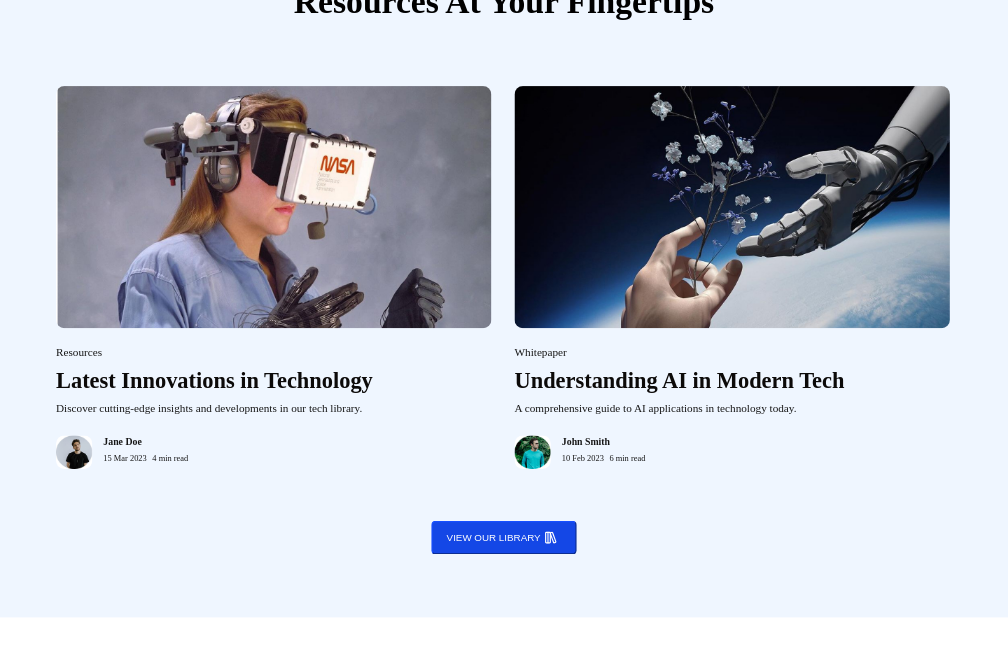
Repository: neelpatel6262/electrifylabs_homepage
Page: /
These files come from the project's save history. The page is drawn as it stood at one moment and after the next save; the edit follows.
The browser window is 1280 px wide. The page is 1440 px wide, so the pictures cover 1440 px, including what lies to the right of the window. The pictures show the part of the page from y = 4780 to 6500 px (the page is 5716 px tall before and 7067 px after), at 70% of full size.
The project was rebuilt for these pictures with package versions that can differ from the ones it lists, and the page was loaded fresh each time. Also part of the build but not shown: vite.config.js.

Above is the page before, as saved 2026-02-21 16:38:22.

### index.html
<!doctype html>
<html lang="en">
  <head>
    <meta charset="UTF-8" />
    <link rel="icon" type="image/svg+xml" href="/src/assets/LOGO.svg" />
    <meta name="viewport" content="width=device-width, initial-scale=1.0" />
    <title>ElectrifyLabs Homepage</title>
  </head>
  <body>
    <div id="root"></div>
    <script type="module" src="/src/main.jsx"></script>
  </body>
</html>

### src/main.jsx
import { StrictMode } from 'react'
import { createRoot } from 'react-dom/client'
import './index.css'
import Navbar from './components/Navbar.jsx'
import HeroSection from './components/HeroSection.jsx'
import AboutSection from './components/AboutSection.jsx'
import ServiceSection from './components/ServiceSection.jsx'
import ServiceCard from './components/ServiceCard.jsx'
import ProductSection from './components/ProductSection.jsx'
import LibrarySection from './components/LibrarySection.jsx'




createRoot(document.getElementById('root')).render(
  <>
    <Navbar />
    <HeroSection />
    <AboutSection />
    <ServiceSection />
    <ServiceCard />
    <ProductSection />
    <LibrarySection />

  </>
)

### src/components/Navbar.jsx
import { ArrowUpRight } from 'lucide-react';
import Logo from '../assets/LOGO.svg';

const navLinks = [
  { id: 1, label: 'about', href: '#' },
  { id: 2, label: 'service', href: '#' },
  { id: 3, label: 'product', href: '#' },
  { id: 4, label: 'library', href: '#' },
  { id: 5, label: 'blogs', href: '#' },
];

function Navbar() {
  return (
    <div className="navbar-section">
      <div className="navbar-container">

        {/* Logo */}
        <div className="logo">
          <img src={Logo} alt="logo" />
        </div>

        {/* Nav Links */}
        <div className="nav-links">
          {navLinks.map((link) => (
            <a key={link.id} href={link.href}>
              {link.label}
            </a>
          ))}
        </div>

        {/* Button */}
        <button className="navbar-btn">
          <div className="navbar-btn-conatiner">
            contact us
            <ArrowUpRight size={20} />
          </div>
        </button>

      </div>
    </div>
  );
}

export default Navbar;

### src/components/HeroSection.jsx
import { ArrowUpRight, Zap, Star as StarIcon } from 'lucide-react';
import Frame from '../assets/frame.svg';
import HeroImg from '../assets/heo-img.svg';
import Star from '../assets/star.svg';



// Star rating array — 5 stars
const stars = [1, 2, 3, 4, 5];

function HeroSection() {
  return (
    <div className="hero-section">

      {/* Left Content */}
      <div className="hero-left-content">
        <div className="heading-section">

          {/* CRM / Rating Row */}
          <div className="crm-section">
            <div className="frame">
              <img src={Frame} alt="frame" />
            </div>
            <div className="rating-section">
              <div className="rating-section-container">
                <div className="rating">
                  {stars.map((star) => (
                    <img key={star} src={Star} alt="star" />
                  ))}
                </div>
                <div className="rating-heading">
                  rated 5.0 by 40+ happy customers!
                </div>
              </div>
            </div>
          </div>

          {/* Hero Heading */}
          <div className="hero-heading">
            <span className="hero-highlights">electrifylabs</span> is powering the future of innovation
          </div>

        </div>

        {/* Subheading + Buttons */}
        <div className="hero-subheading">
          <div className="subheading">
            At ElectrifyLabs, we are dedicated to transforming ideas into cutting-edge technology solutions.
            Join us on a journey to innovate and electrify the future.
          </div>

          <div className="hero-cta-actions">
            {/* Primary Button */}
            <button className="hero-btn">
              <div className="hero-btn-container">
                contact us
                <ArrowUpRight size={20} />
              </div>
            </button>

            {/* Secondary Button */}
            <button className="hero-secondary-btn">
              <div className="hero-secondary-btn-container">
                view all products
                <Zap size={20} />
              </div>
            </button>
          </div>
        </div>
      </div>

      {/* Right Content - Hero Image */}
      <div className="right-content">
        <img src={HeroImg} alt="hero" />
      </div>

    </div>
  );
}

export default HeroSection;

### src/components/AboutSection.jsx
import { ArrowUpRight } from 'lucide-react';
import Placeholder from '../assets/Placeholder.jpg';

function AboutSection() {
  return (
    <div className="about-section">
      <div className="about-container">

        {/* Who We Are - Top Text */}
        <div className="who-we-are-section">
          <div className="about-heading">Who We Are</div>
          <div className="sub-heading">
            At ElectrifyLabs, we are committed to driving innovation through cutting-edge technology.
            Our mission is to deliver smart, electrifying solutions that enhance performance and
            reliability across various industries.
          </div>
        </div>

        {/* Content Section - Image + Stats */}
        <div className="about-content-section">

          {/* Left - Placeholder Image */}
          <div className="placeholder">
            <img src={Placeholder} alt="about us" />
          </div>

          {/* Right - Stats + CTA */}
          <div className="about-right-content">

            {/* Stat One */}
            <div className="content-one">
              <h1>75+</h1>
              <h4>Global Branches Established</h4>
              <p>Expanding our reach worldwide.</p>
            </div>

            {/* Stat Two + Read More */}
            <div className="content-two">
              <div className="content-two-info">
                <h1>15+</h1>
                <h4>Industry Awards Won</h4>
                <p>Recognized for excellence in manufacturing and automation.</p>
              </div>

              {/* Read More CTA */}
              <div className="content-cta-section">
                <div className="content-cta-section-container">
                  <h1>read more</h1>
                  <ArrowUpRight size={32} />
                </div>
                <hr className="about-cta" />
              </div>

            </div>
          </div>
        </div>

      </div>
    </div>
  );
}

export default AboutSection;

### src/components/ServiceSection.jsx
import { Zap, Plug, Cable, ArrowUpRight } from 'lucide-react';
import ServiceCard from './ServiceCard';

const cards = [
  {
    id: 1,
    icon: <Zap size={24} color="white" />,
    heading: "Explore Our Comprehensive Range of Services",
    subheading: "At ElectrifyLabs, we provide cutting-edge technology solutions to drive your success.",
    cardClass: "service-card-one",
    headingClass: "service-card-heading",
    subheadingClass: "service-card-subheading",
  },
  {
    id: 2,
    icon: <Plug size={24} color="white" />,
    heading: "Product Engineering: Transforming Ideas into Reality",
    subheading: "Our team specializes in developing innovative products tailored to your specifications.",
    cardClass: "service-card-two",
    headingClass: "service-card-two-heading",
    subheadingClass: "service-card-two-subheading",
  },
  {
    id: 3,
    icon: <Cable size={24} color="white" />,
    heading: "R&D Innovation: Pioneering Tomorrow's Technologies Today",
    subheading: "We invest in research and development to create groundbreaking tech solutions.",
    cardClass: "service-card-three",
    headingClass: "service-card-three-heading",
    subheadingClass: "service-card-three-subheading",
  },
];

function ServiceSection() {
  return (
    <div className="service-section">
      <div className="service-container">

        {/* Intro */}
        <div className="service-intro-section">
          <div className="service-body-heading">our services</div>
          <div className="service-heading">
            What We Offer: Innovative Solutions Tailored to Your Needs
          </div>
        </div>

        {/* Cards */}
        <div className="services-cards-section">
          {cards.map((card) => (
            <ServiceCard
              key={card.id}
              icon={card.icon}
              heading={card.heading}
              subheading={card.subheading}
              cardClass={card.cardClass}
              headingClass={card.headingClass}
              subheadingClass={card.subheadingClass}
            />
          ))}
        </div>

        {/* Button */}
        <button className="service-btn">
          <div className="service-btn-container">
            view all services
            <ArrowUpRight size={20} />
          </div>
        </button>

      </div>
    </div>
  );
}

export default ServiceSection;

### src/components/ServiceCard.jsx


function ServiceCard({ icon, heading, subheading, cardClass, headingClass, subheadingClass })

{
  return (
    <div className={cardClass}>
      <div className="service-icon">
        {icon}
      </div>
      <div className={headingClass}>
        {heading}
      </div>
      <div className={subheadingClass}>
        {subheading}
      </div>
    </div>
  );
}



export default ServiceCard;

### src/components/ProductSection.jsx
import { ArrowUpRight } from 'lucide-react';
import ProductOne from '../assets/product-one.jpg';
import ProductTwo from '../assets/product-two.jpg';
import ProductThree from '../assets/product-three.jpg';
import ProductFour from '../assets/product-four.jpg';
import ProductFive from '../assets/product-five.jpg';
import ProductSix from '../assets/product-six.jpg';

// Product data array
const topProducts = [
  { id: 1, image: ProductOne, name: 'Smart Device', price: '$99', bestSeller: false },
  { id: 2, image: ProductTwo, name: 'Tech Gadget', price: '$75', bestSeller: false },
  { id: 3, image: ProductThree, name: 'Innovative Tool', price: '$120', bestSeller: true },
];

const bottomProducts = [
  { id: 4, image: ProductFour, name: 'Gadget Pro', price: '$150', bestSeller: true },
  { id: 5, image: ProductFive, name: 'Smart Accessory', price: '$85', bestSeller: false },
  { id: 6, image: ProductSix, name: 'Advanced Device', price: '$110', bestSeller: true },
];

// ProductCard — reusable for every product
function ProductCard({ image, name, price, bestSeller }) {
  return (
    <div className="product-one">

      {/* Only show best-seller badge if bestSeller is true */}
      {bestSeller && (
        <div className="best-seller">best sale</div>
      )}

      <div className="product-placeholder">
        <img src={image} alt={name} />
      </div>

      <div className="product-info">
        <div className="product-content">
          <div className="product-name">{name}</div>
          <div className="product-price">{price}</div>
        </div>
      </div>

    </div>
  );
}

function ProductSection() {
  return (
    <div className="product-section">
      <div className="product-container">

        {/* Intro */}
        <div className="product-intro-section">
          <div className="product-body-heading">discover products</div>
          <div className="product-heading">
            Innovative solutions for your tech needs
          </div>
        </div>

        <div className="products-section">

          {/* Top Row */}
          <div className="top-section">
            {topProducts.map((product) => (
              <ProductCard
                key={product.id}
                image={product.image}
                name={product.name}
                price={product.price}
                bestSeller={product.bestSeller}
              />
            ))}
          </div>

          {/* Bottom Row */}
          <div className="lower-section">
            {bottomProducts.map((product) => (
              <ProductCard
                key={product.id}
                image={product.image}
                name={product.name}
                price={product.price}
                bestSeller={product.bestSeller}
              />
            ))}
          </div>

          {/* Button */}
          <div className="product-primary-btn-container">
            view all products
            <ArrowUpRight size={20} />
          </div>

        </div>
      </div>
    </div>
  );
}

export default ProductSection;

### src/components/LibrarySection.jsx
import { LibraryBig } from 'lucide-react';
import LibraryOne from '../assets/Library-One-Placeholder.jpg';
import LibraryTwo from '../assets/Library-Two-Placeholder.jpg';
import PersonOne from '../assets/person-one.jpg';
import PersonTwo from '../assets/peson-two.jpg';

// Cards data array
const libraryCards = [
  {
    id: 1,
    image: LibraryOne,
    category: 'Resources',
    heading: 'Latest Innovations in Technology',
    subheading: 'Discover cutting-edge insights and developments in our tech library.',
    personImage: PersonOne,
    personName: 'Jane Doe',
    date: '15 Mar 2023',
    readTime: '4 min read',
  },
  {
    id: 2,
    image: LibraryTwo,
    category: 'Whitepaper',
    heading: 'Understanding AI in Modern Tech',
    subheading: 'A comprehensive guide to AI applications in technology today.',
    personImage: PersonTwo,
    personName: 'John Smith',
    date: '10 Feb 2023',
    readTime: '6 min read',
  },
];

// LibraryCard — reusable card component
function LibraryCard({ image, category, heading, subheading, personImage, personName, date, readTime }) {
  return (
    <div className="card-one">

      {/* Card Main Image */}
      <img src={image} alt={heading} />

      {/* Card Text Content */}
      <div className="card-one-content">
        <p>{category}</p>
        <h2>{heading}</h2>
        <h4>{subheading}</h4>
      </div>

      {/* Author Details */}
      <div className="person-details">
        <img src={personImage} alt={personName} />
        <div className="person-info">
          <h4>{personName}</h4>
          <div className="person-library-content">
            <h4>{date}</h4>
            <h5>{readTime}</h5>
          </div>
        </div>
      </div>

    </div>
  );
}

function LibrarySection() {
  return (
    <div className="library-section">
      <div className="library-container">

        {/* Intro */}
        <div className="library-intro">
          <p>Our Library</p>
          <h1>Explore a wealth of tech resources at your fingertips</h1>
        </div>

        {/* Cards */}
        <div className="cards">
          {libraryCards.map((card) => (
            <LibraryCard
              key={card.id}
              image={card.image}
              category={card.category}
              heading={card.heading}
              subheading={card.subheading}
              personImage={card.personImage}
              personName={card.personName}
              date={card.date}
              readTime={card.readTime}
            />
          ))}
        </div>

        {/* Button */}
        <button className="library-primary-btn">
          <div className="library-primary-btn-container">
            view our library
            <LibraryBig size={20} />
          </div>
        </button>

      </div>
    </div>
  );
}

export default LibrarySection;

### src/components/BlogSection.jsx
import { ArrowUpRight } from 'lucide-react';
import BlogOne from '../assets/Blog-One-Placeholder.jpg';
import BlogTwo from '../assets/Blog-Two-Placeholder.jpg';
import BlogThree from '../assets/Blog-Three-Placeholder.jpg';

// Blog data array
const blogs = [
  {
    id: 1,
    image: BlogOne,
    heading: 'Quantum Annealing in Energy Grids: Beyond Theoretical Limits',
    description:
      'As we approach 2026, quantum computing transitions from laboratory curiosity to industrial-scale utility. Our team at ElectrifyLabs Berlin has achieved a breakthrough: 127-qubit processors now optimize municipal power grids in real-time, reducing waste by 37% compared to classical algorithms.',
    date: '3 July, 2025',
  },
  {
    id: 2,
    image: BlogTwo,
    heading: 'The Quantum Advantage Paradox',
    description:
      'By treating decoherence not as noise but as training data, our machine learning layer converts quantum instability into predictive power. This paradigm shift—documented in our recent IEEE paper—allows commercially available quantum processors to outperform supercomputers in specific load-balancing scenarios.',
    date: '22 Aug, 2025',
  },
  {
    id: 3,
    image: BlogThree,
    heading: 'Munich Case Study: From Theory to Grid Reality',
    description:
      'As we approach 2026, quantum computing transitions from laboratory curiosity to industrial-scale utility. Our team at ElectrifyLabs Berlin has achieved a breakthrough: 127-qubit processors now optimize municipal power grids in real-time, reducing waste by 37% compared to classical algorithms.',
    date: '3 July, 2025',
  },
];

// BlogCard — reusable blog card component
function BlogCard({ image, heading, description, date }) {
  return (
    <div className="blog-one">

      {/* Blog Image */}
      <img src={image} alt={heading} />

      {/* Blog Content */}
      <div className="blog-content">
        <div className="blog-heading">
          <h1>{heading}</h1>
          <p>{description}</p>
        </div>

        {/* Date + Read CTA */}
        <div className="blog-cta">
          <div className="blog-cta-content">
            <p>{date}</p>
            <h4>
              Read <ArrowUpRight size={20} />
            </h4>
          </div>
          <hr className="line" />
        </div>

      </div>
    </div>
  );
}

function BlogSection() {
  return (
    <div className="blog-section">
      <div className="blog-container">

        {/* Intro */}
        <div className="blog-intro-section">
          <p>blogs</p>
          <h1>Latest Insights and Innovations</h1>
        </div>

        {/* Blog Cards */}
        <div className="blogs-contents">
          {blogs.map((blog) => (
            <BlogCard key={blog.id} {...blog} />
          ))}
        </div>

      </div>
    </div>
  );
}

export default BlogSection;

Loaded but not shown: src/index.css (1021 lines, source omitted)

After the next save:
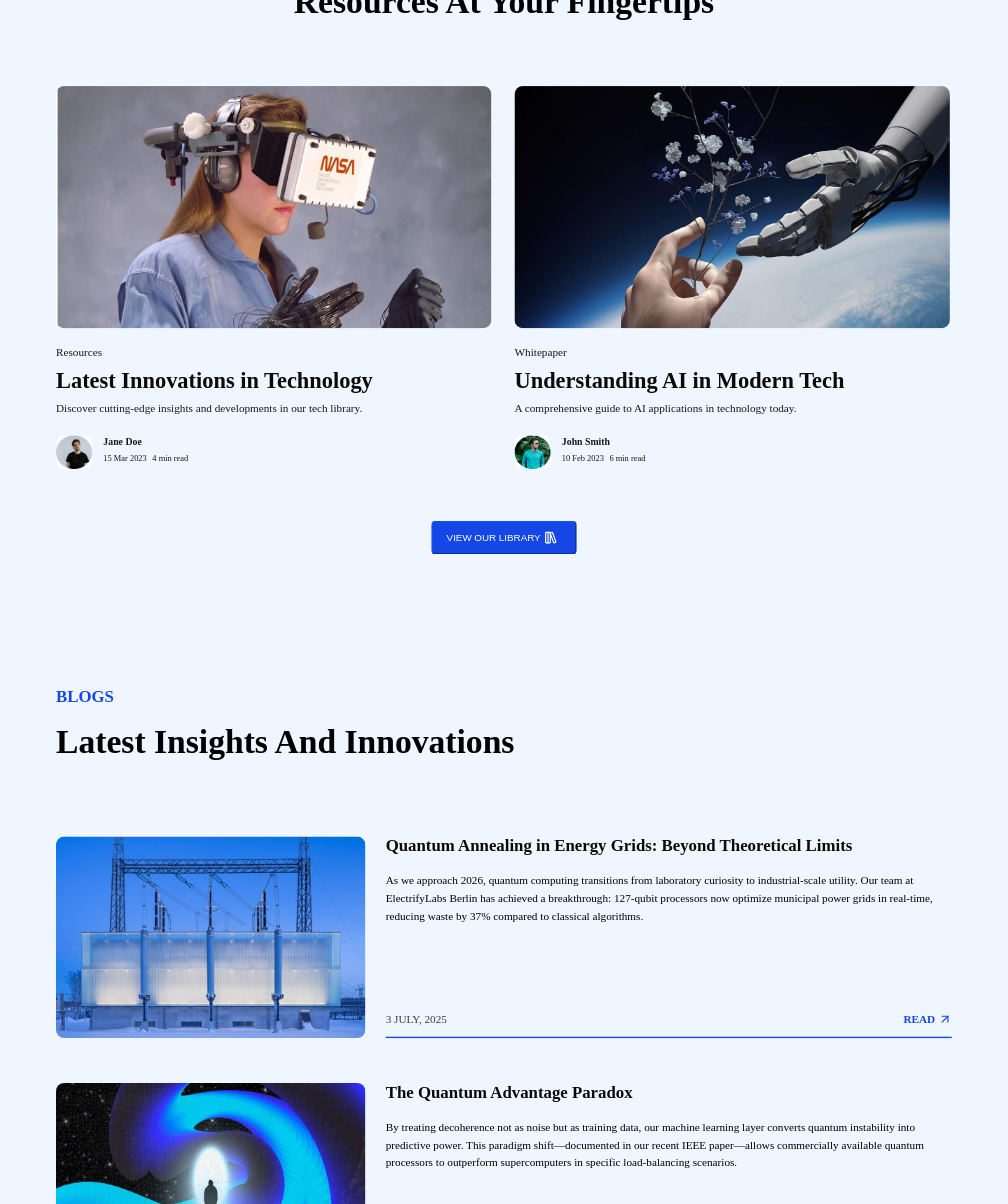
Saved 7 s later.
--- a/src/main.jsx
+++ b/src/main.jsx
@@ -8,6 +8,7 @@
 import ServiceCard from './components/ServiceCard.jsx'
 import ProductSection from './components/ProductSection.jsx'
 import LibrarySection from './components/LibrarySection.jsx'
+import BlogSection from './components/BlogSection.jsx'
 
 
 
@@ -21,6 +22,7 @@
     <ServiceCard />
     <ProductSection />
     <LibrarySection />
+    <BlogSection />
 
   </>
 )
